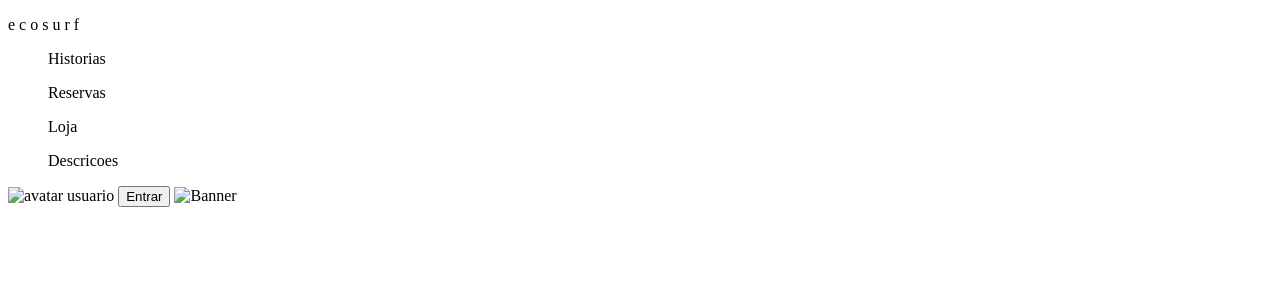
Repository: jorgprado/html-css-js
Page: blog-ecosurf/index.html
An editor plug-in stored every save of this project. The page is shown before and after a run of saves, followed by the edit.
The browser window is 1280 px wide. The pictures show the whole page.

Above is the page before, as saved 2023-05-15 21:10:06.

### blog-ecosurf/index.html
<!DOCTYPE html>
<html lang="pt-br">
<head>
    <meta charset="UTF-8">
    <meta http-equiv="X-UA-Compatible" content="IE=edge">
    <meta name="viewport" content="width=device-width, initial-scale=1.0">
    <title>Ecosurf</title>
</head>
<body>
    <main>
        <header>
            <p><span>e</span>
                <span>c</span>
                <span>o</span>
                <span>s</span>
                <span>u</span>
                <span>r</span>
                <span>f</span>
            </p>
            <menu>
                <p>Historias</p>
                <p>Reservas</p>
                <p>Loja</p>
                <p>Descricoes</p>
            </menu>
            <img src="#" alt="avatar usuario">
            <button>Entrar</button>
            <img src="" alt="Banner">
        </header>


    </main>
</body>
</html>

After the next 2 saves:
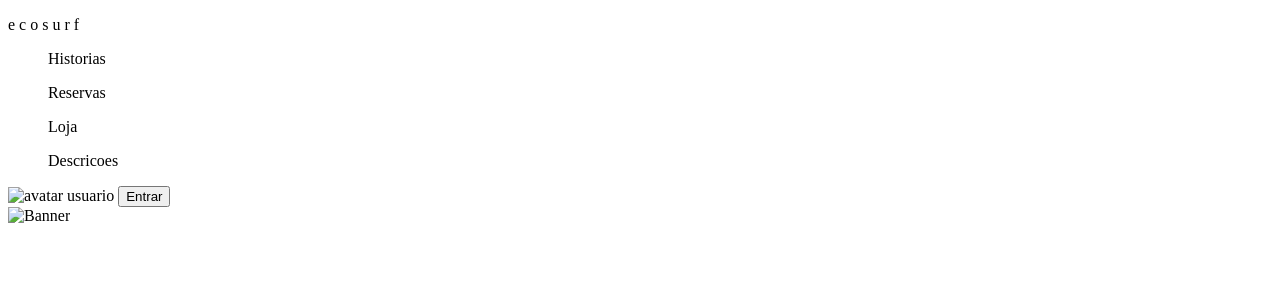
The 2 saves are shown as one change because they came seconds apart.
The last was saved 15 s later.
--- a/blog-ecosurf/index.html
+++ b/blog-ecosurf/index.html
@@ -25,6 +25,7 @@
             </menu>
             <img src="#" alt="avatar usuario">
             <button>Entrar</button>
+            <div>
             <img src="" alt="Banner">
         </header>
 
